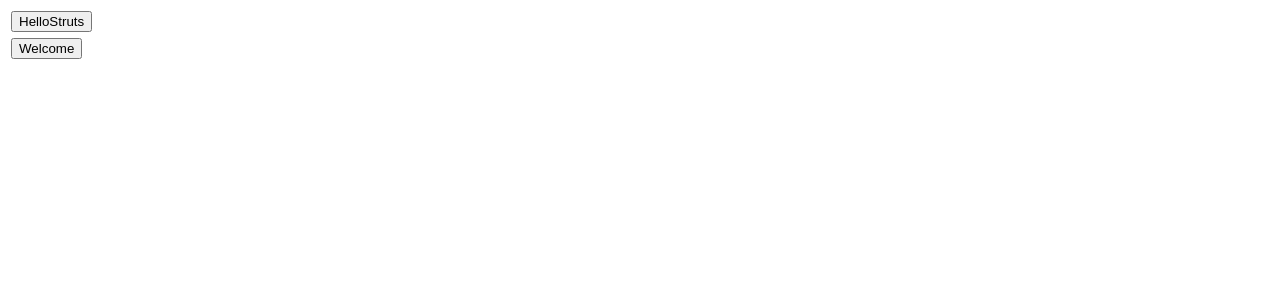
Repository: take00/test01
Page: http://localhost/WebProj2/
The author's editor kept a copy of each file at every save. The page is drawn from the files as they stood at one save, then again after the next save.
The browser window is 1280 px wide. The pictures show the whole page.
The page is served by Tomcat 9. Other server files are loaded and not shown.

Above is the page before, as saved 2019-01-21 12:10:33.

### WebProj2/WebContent/index.jsp
<%@ page language="java" contentType="text/html; charset=UTF-8"
    pageEncoding="UTF-8"%>
<%@ taglib prefix="s" uri="/struts-tags" %>
<!DOCTYPE html>
<html>
<head>
<meta charset="UTF-8">
<title>INDEX</title>
</head>
<body>
	<s:form action="HelloStrutsAction">
		<s:submit value="HelloStruts"/>
	</s:form>

	<s:form action="WelcomeAction">
		<s:submit value="Welcome"/>
	</s:form>
</body>
</html>

After the next save:
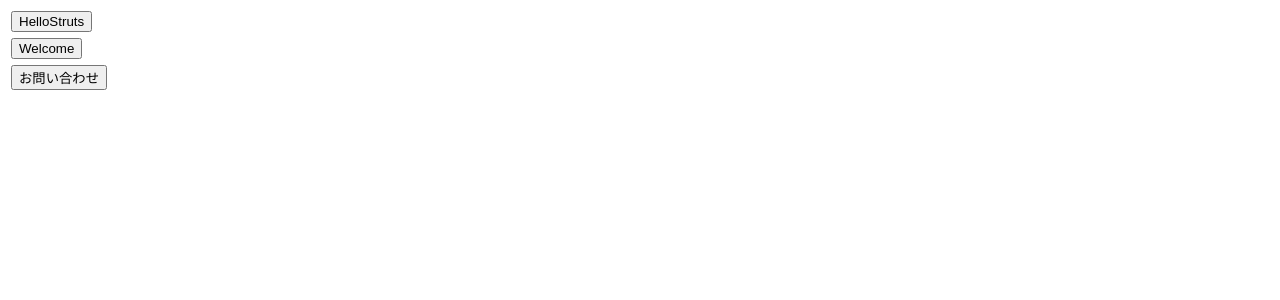
Saved 4 min 36 s later.
--- a/WebProj2/WebContent/index.jsp
+++ b/WebProj2/WebContent/index.jsp
@@ -15,5 +15,9 @@
 	<s:form action="WelcomeAction">
 		<s:submit value="Welcome"/>
 	</s:form>
+
+	<s:form action="InquiryAction">
+		<s:submit value="お問い合わせ"/>
+	</s:form>
 </body>
 </html>
